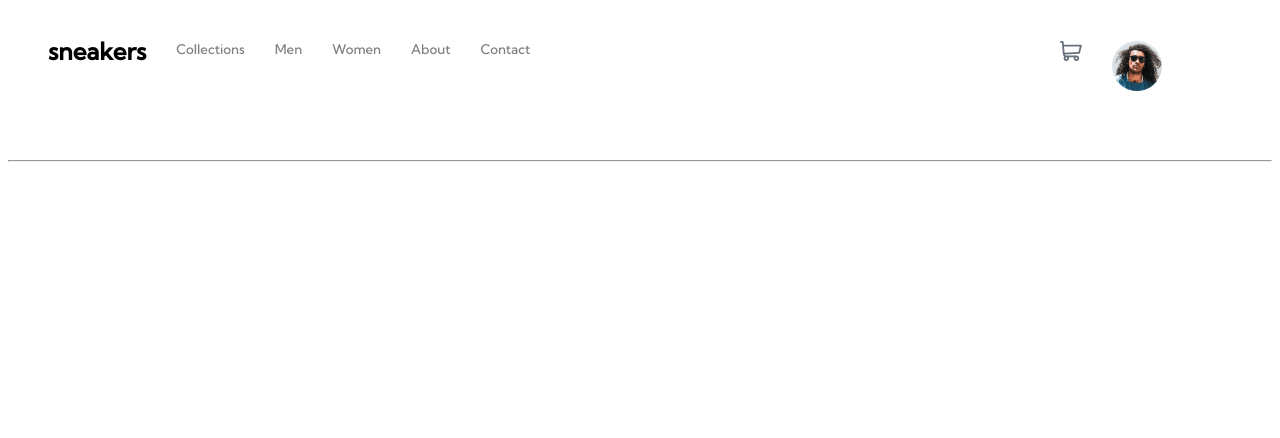
Repository: Abhi2359/frontendchallenge-2
Page: /
An editor plug-in stored every save of this project. The page is shown before and after a run of saves, followed by the edit.
The browser window is 1280 px wide. The pictures show the whole page.
The project was rebuilt for these pictures with package versions that can differ from the ones it lists, and the page was loaded fresh each time.

Above is the page before, as saved 2023-02-11 00:22:14.

After the next 3 saves:
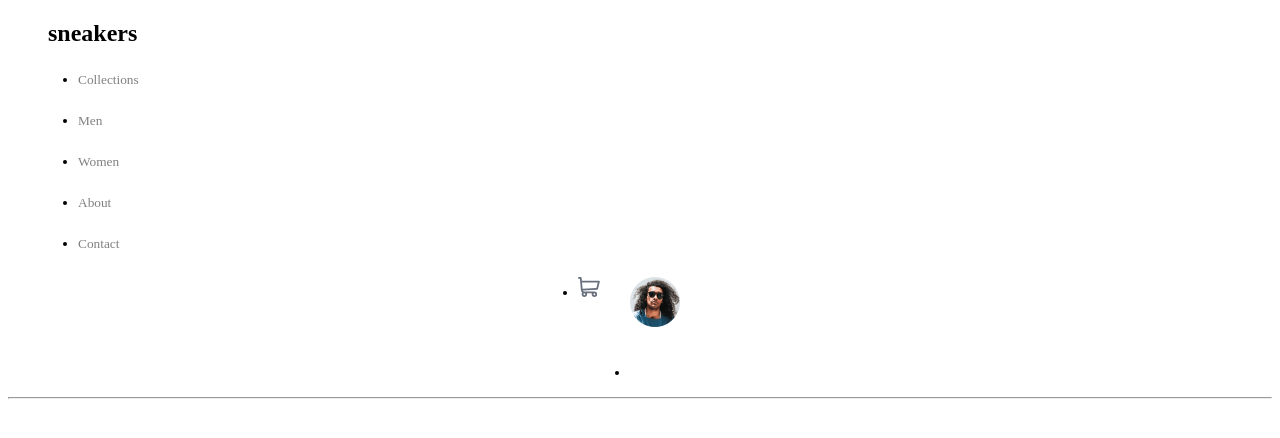
The 3 saves are shown as one change because they came seconds apart.
The last was saved 9 s later.
--- a/src/components/Navbar/Navbar.css
+++ b/src/components/Navbar/Navbar.css
@@ -6,7 +6,7 @@
 .navigation{
    height: 10%;
 }
-
+.navbar
 .navbar ul{
     display: flex;
     list-style-type: none;

After the 2 saves that followed:
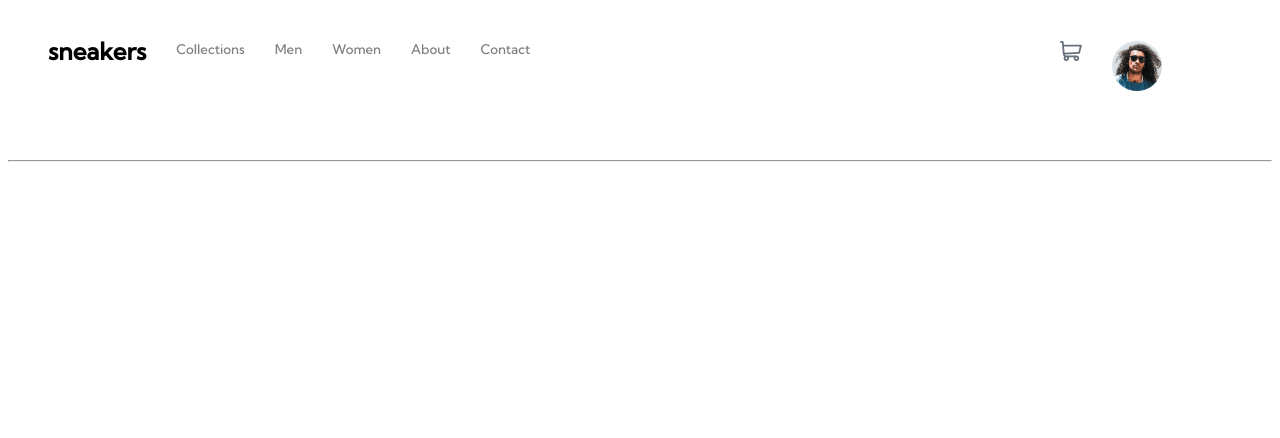
The 2 saves are shown as one change because they came seconds apart.
The last was saved 7 s later.
--- a/src/components/Navbar/Navbar.css
+++ b/src/components/Navbar/Navbar.css
@@ -6,7 +6,9 @@
 .navigation{
    height: 10%;
 }
-.navbar
+.navbar{
+    height: 20px;
+}
 .navbar ul{
     display: flex;
     list-style-type: none;
